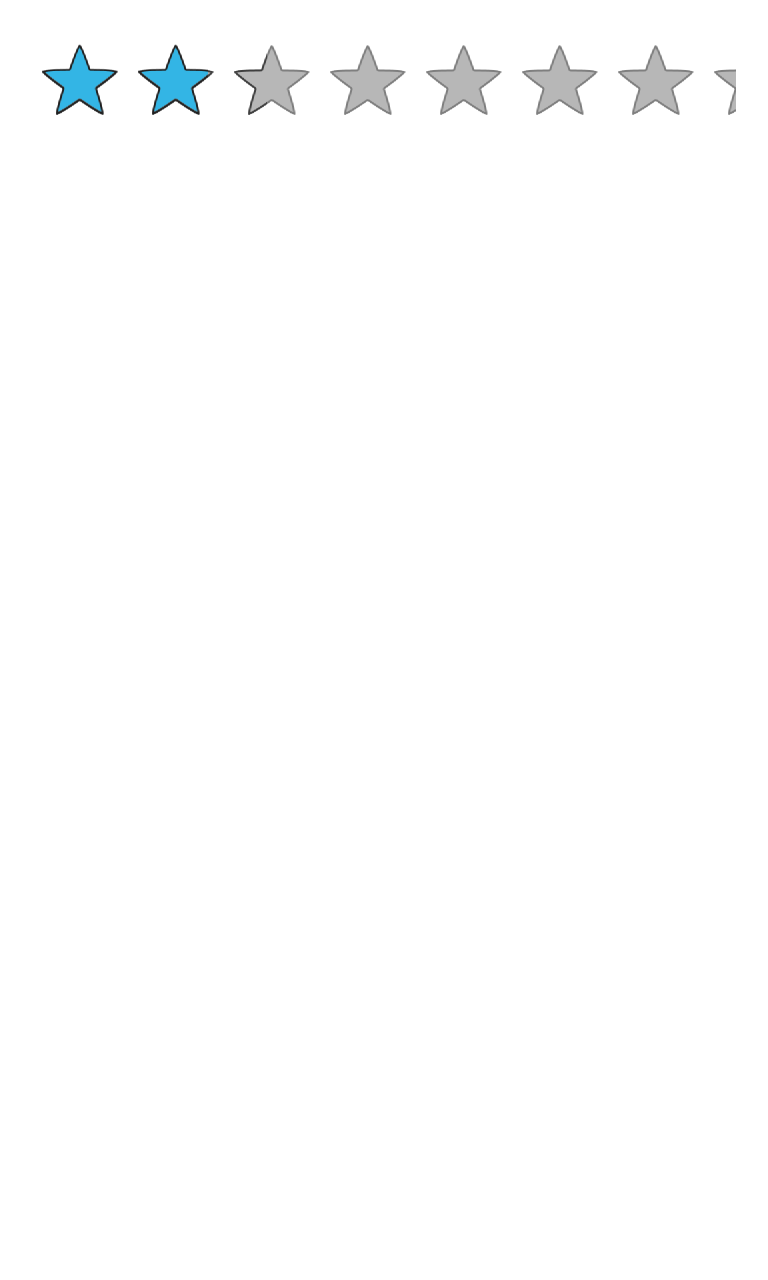
Repository: sonyi/androidClass
Layout: androidExercise/Android_019_RatingBar/res/layout/activity_main.xml
The author's editor kept a copy of each file at every save. The layout is drawn from the files as they stood at one save, then again after a run of saves.
It is drawn on a 768 x 1280 px phone screen (xhdpi) without system bars, with theme AppTheme; the app's code is not run.

Above is the layout before, as saved 2014-05-30 05:02:40.

After the next 2 saves:
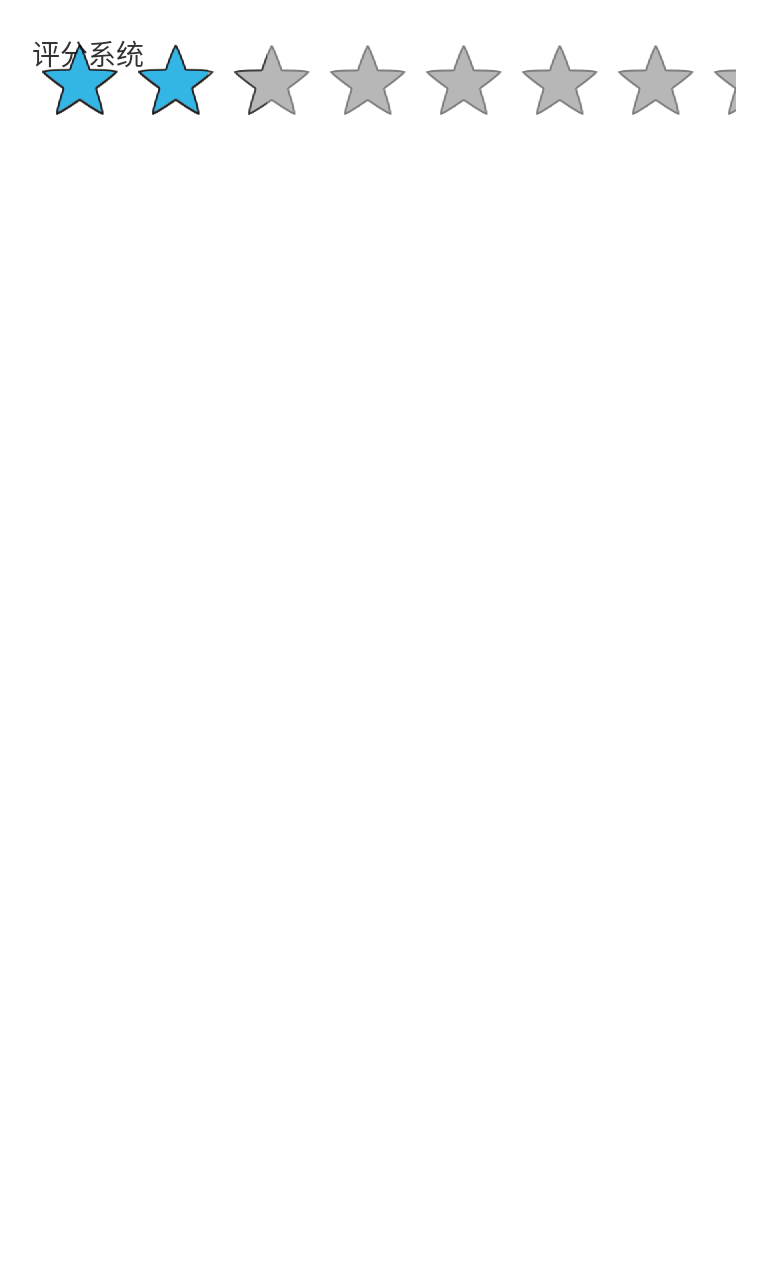
The 2 saves are shown as one change because they came seconds apart.
The last was saved 102 s later.
--- a/androidExercise/Android_019_RatingBar/res/layout/activity_main.xml
+++ b/androidExercise/Android_019_RatingBar/res/layout/activity_main.xml
@@ -8,6 +8,12 @@
     android:paddingTop="@dimen/activity_vertical_margin"
     tools:context=".MainActivity" >
 
+    <TextView
+        android:id="@+id/tv_rating"
+        android:layout_width="match_parent"
+        android:layout_height="wrap_content"
+        android:text="评分系统" />
+
     <RatingBar
         android:id="@+id/rb_rating"
         android:layout_width="match_parent"
